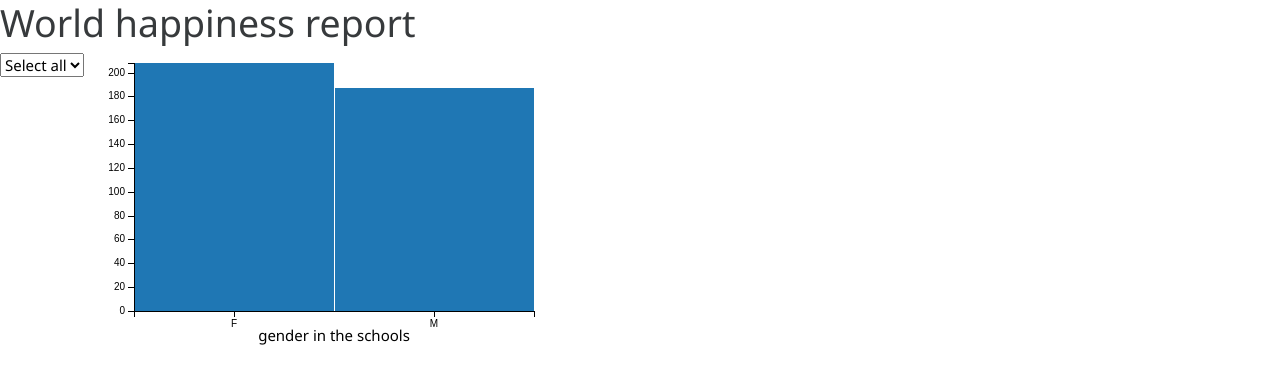
Repository: Baal89/second-milestone-project
Page: index.html
The author's editor kept a record of every edit. The page is drawn from the files as they stood at one moment, then again after the next edit.
The browser window is 1280 px wide. The pictures show the whole page.

Above is the page before.
Console error: TypeError: Cannot read properties of null (reading 'textContent')

### index.html
<!DOCTYPE html>
<html>
    <head>
        <meta charset="UTF-8">
        <meta name="viewport" content="width=device-width, initial-scale=1.0">
        <meta http-equiv="X-UA-Compatible" content"ie=edge">
        <title> dashboard </title>

        <link rel="stylesheet" href="static/css/bootstrap.min.css" type="text/css" />
        <link rel="stylesheet" href="static/css/dc.min.css" type="text/css" />

        <script type="text/javascript" src="static/js/d3.min.js"></script>
        <script type="text/javascript" src="static/js/crossfilter.min.js"></script>
        <script type="text/javascript" src="static/js/dc.min.js"></script>
        <script type="text/javascript" src="static/js/queue.min.js"></script>
        <script type="text/javascript" src="static/js/graph.js"></script>

    </head>

    <body>


        <h1> World happiness report </h1>

        <div id="discipline-selector"></div>

        <div id="sex-distribution"></div>


    </body>
</html>

### static/js/graph.js
queue()
    .defer(d3.csv, "data/student-mat.csv")
    .await(makeGraphs);

function makeGraphs(error, performanceData) {
    var ndx = crossfilter(performanceData);

    show_discipline_selector(ndx);

    show_sex_distribution(ndx);
    show_age_distribution(ndx);
    show_mother_education(ndx);
    show_father_education(ndx);

    show_performance_to_workday_alcohol_cosumption(ndx);

    dc.renderAll();
}

function show_discipline_selector(ndx) {
    dim = ndx.dimension(dc.pluck("discipline"))
    group = dim.group()

    dc.selectMenu("#discipline-selector")
        .dimension(dim)
        .group(group);
}

function show_sex_distribution(ndx) {
    var dim = ndx.dimension(dc.pluck("sex"));
    var group = dim.group();

    dc.barChart("#sex-distribution")
        .width(500)
        .height(300)
        .margins({ top: 10, right: 50, bottom: 30, left: 50 })
        .dimension(dim)
        .group(group)
        .transitionDuration(500)
        .x(d3.scale.ordinal())
        .xUnits(dc.units.ordinal)
        .elasticY(true)
        .xAxisLabel("gender in the schools")
        .yAxis().ticks(10);
}

function show_age_distribution(ndx) {
    var dim = ndx.dimension(dc.pluck("age"));
    var group = dim.group();

    dc.barChart("#age-distribution")
        .width(500)
        .height(300)
        .margins({ top: 10, right: 50, bottom: 30, left: 50 })
        .dimension(dim)
        .group(group)
        .transitionDuration(500)
        .x(d3.scale.ordinal())
        .xUnits(dc.units.ordinal)
        .elasticY(true)
        .xAxisLabel("age population in the schools")
        .yAxis().ticks(10);
}

function show_mother_education(ndx) {

    function motherEducation(dimension, Medu) {
        return dimension.group().reduce(
            function(p, v) {
                p.total++;
                if (v.Medu == Medu) {
                    p.match++;
                }
                return p;
            },
            function(p, v) {
                p.total--;
                if (v.Medu == Medu) {
                    p.match--;
                }
                return p;
            },
            function() {
                return { total: 0, match: 0 };
            }
        );

    }
    var dim = ndx.dimension(dc.pluck("sex"));
    var noneMotherEducation = motherEducation(dim, "0");
    var firstMotherEducation = motherEducation(dim, "1");
    var secondaryMotherEducation = motherEducation(dim, "2");
    var secondaryGradeMotherEducation = motherEducation(dim, "3");
    var higherMotherEducation = motherEducation(dim, "4");


    dc.barChart("#mother-education")
        .width(500)
        .height(300)
        .dimension(dim)
        .group(noneMotherEducation)
        .stack(secondaryGradeMotherEducation)
        .stack(secondaryMotherEducation)
        .stack(firstMotherEducation)
        .stack(higherMotherEducation)
        .valueAccessor(function(d) {
            if (d.value.total > 0) {
                return (d.value.match / d.value.total) * 100;
            }
            else {
                return 0;
            }
        })
        .x(d3.scale.ordinal())
        .xUnits(dc.units.ordinal)
        .legend(dc.legend().x(420).y(20).itemHeight(15).gap(5))
        .margins({ top: 10, right: 100, bottom: 30, left: 30 });
}

function show_father_education(ndx) {

    function fatherEducation(dimension, Fedu) {
        return dimension.group().reduce(
            function(p, v) {
                p.total++;
                if (v.Fedu == Fedu) {
                    p.match++;
                }
                return p;
            },
            function(p, v) {
                p.total--;
                if (v.Fedu == Fedu) {
                    p.match--;
                }
                return p;
            },
            function() {
                return { total: 0, match: 0 };
            }
        );

    }
    var dim = ndx.dimension(dc.pluck("sex"));
    var noneFatherEducation = fatherEducation(dim, "0");
    var firstFatherEducation = fatherEducation(dim, "1");
    var secondaryFatherEducation = fatherEducation(dim, "2");
    var secondaryGradeFatherEducation = fatherEducation(dim, "3");
    var higherFatherEducation = fatherEducation(dim, "4")


    dc.barChart("#father-education")
        .width(500)
        .height(300)
        .dimension(dim)
        .group(noneFatherEducation)
        .stack(secondaryGradeFatherEducation)
        .stack(secondaryFatherEducation)
        .stack(firstFatherEducation)
        .stack(higherFatherEducation)
        .valueAccessor(function(d) {
            if (d.value.total > 0) {
                return (d.value.match / d.value.total) * 100;
            }
            else {
                return 0;
            }
        })
        .x(d3.scale.ordinal())
        .xUnits(dc.units.ordinal)
        .legend(dc.legend().x(420).y(20).itemHeight(15).gap(5))
        .margins({ top: 10, right: 100, bottom: 30, left: 30 });
}

function show_performance_to_workday_alcohol_cosumption(ndx) {
    var performanceDim = ndx.dimension(dc.pluck("G3"))
    var consumptionDim = ndx.dimension(function(d) {
        return [d.G3, d.Dalc];
    });
    var workDayConsumptionGroup = consumptionDim.group();

    var minPerformance = performanceDim.bottom(1)[0].G3;
    var maxPerformance = performanceDim.top(1)[0].G3;

    dc.scatterPlot("#workday-alcohol-graduation")
        .width(800)
        .height(400)
        .x(d3.scale.linear().domain([minPerformance, maxPerformance]))
        .brushOn(false)
        .symbolSize(8)
        .clipPadding(10)
        .xAxisLabel("")
        .title(function(d) {
            return "Work day Consumption " + d.key[1];
        })
        .dimension(consumptionDim)
        .group(workDayConsumptionGroup)
        .margins({ top: 10, right: 50, bottom: 75, left: 75 });
}

Loaded but not shown: static/css/bootstrap.min.css (library); static/css/dc.min.css (library); static/js/d3.min.js (library); static/js/crossfilter.min.js (library); static/js/dc.min.js (library); static/js/queue.min.js (common file)

After the next edit:
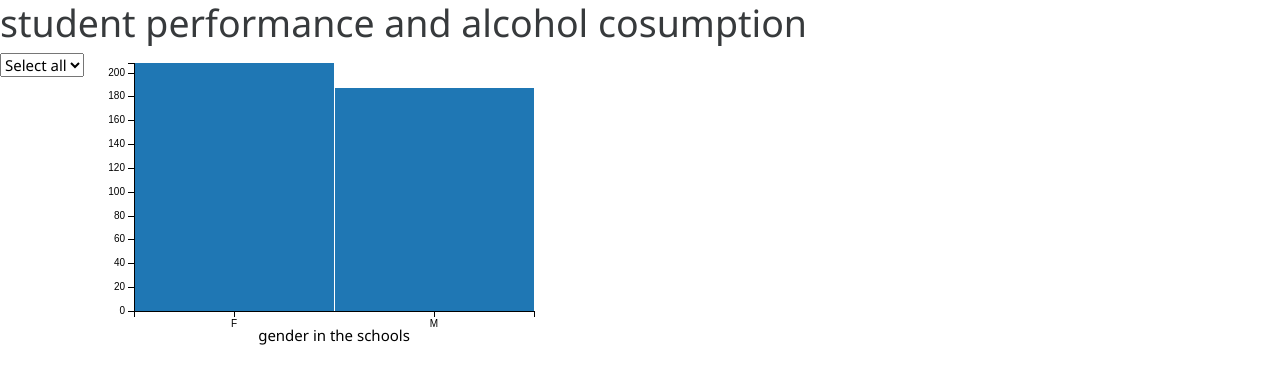
The edit:
--- a/index.html
+++ b/index.html
@@ -20,7 +20,7 @@
     <body>
 
 
-        <h1> World happiness report </h1>
+        <h1> student performance and alcohol cosumption </h1>
 
         <div id="discipline-selector"></div>
 
